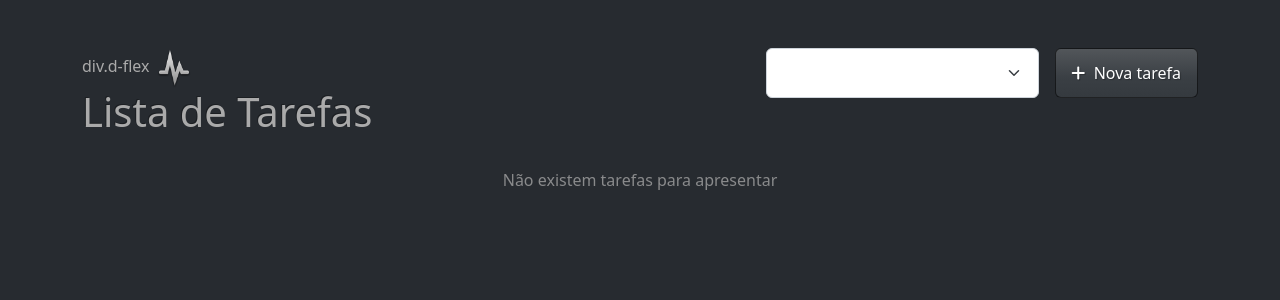
Repository: cargugati/lista_tarefas
Page: frontEnd/index.html
The author's editor kept a copy of each file at every save. The page is drawn from the files as they stood at one save, then again after a run of saves.
The browser window is 1280 px wide. The pictures show the whole page.

Above is the page before, as saved 2023-03-18 20:19:56.

### frontEnd/index.html
<!DOCTYPE html>
<html lang="pt-br">

<head>
  <meta charset="UTF-8">
  <meta http-equiv="X-UA-Compatible" content="IE=edge">
  <meta name="viewport" content="width=device-width, initial-scale=1.0">
  <title>Lista de Tarefas</title>
  <link rel="stylesheet" href="./assets/css/bootstrap.min.css">
  <link rel="stylesheet" href="./assets/fontawesome/css/all.min.css">
  <link rel="shortcut icon" href="./assets/images/favicon.png" type="image/png">
</head>

<body>
  <div class="container my-5">

    <!--  -->
    <div class="row mb-4">
      <div class="col">
        div.d-flex
        <img src="./assets/images/favicon.png" alt="Logo" class="img-fluid" width="40px">
        <h1>Lista de Tarefas</h1>
      </div>
      <div class="col text-end">
        <div class="d-flex justify-content-end">
          <select id="select_filter" class="form-select w-50 me-3">
            <option value=""></option>
            <option value="1">1</option>
          </select>
          <a href="new_task.html" class="btn btn-primary"><i class="fa-solid fa-plus me-2"></i>Nova tarefa</a>
        </div>
      </div>
    </div>

    <!--   d-none-->
    <div class="row " id="no_tasks">
      <div class="col text-center">
        <span class="opacity-75">Não existem tarefas para apresentar</span>
      </div>
    </div>
  </div>


  <script src="./assets/js/bootstrap.bundle.min.js"></script>
</body>

</html>

Loaded but not shown: frontEnd/assets/css/bootstrap.min.css (library); frontEnd/assets/fontawesome/css/all.min.css (library); frontEnd/assets/js/bootstrap.bundle.min.js (library)

After the next 3 saves:
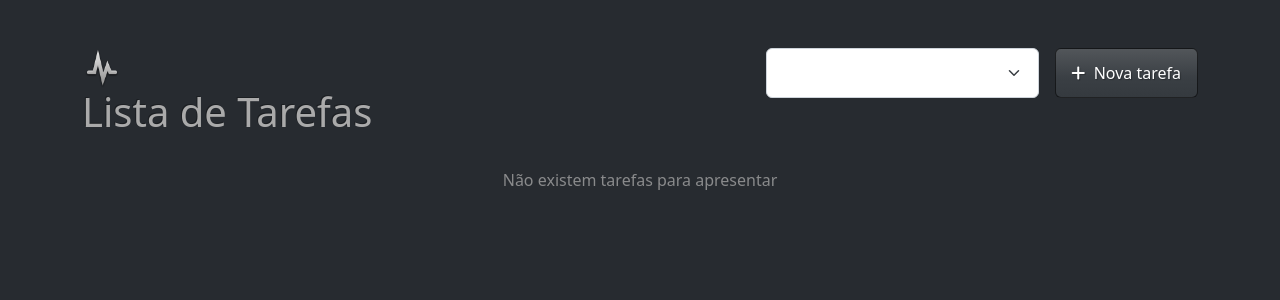
The 3 saves are shown as one change because they came seconds apart.
The last was saved 19 s later.
--- a/frontEnd/index.html
+++ b/frontEnd/index.html
@@ -17,7 +17,10 @@
     <!--  -->
     <div class="row mb-4">
       <div class="col">
-        div.d-flex
+        <div class="d-flex">
+
+        </div>
+
         <img src="./assets/images/favicon.png" alt="Logo" class="img-fluid" width="40px">
         <h1>Lista de Tarefas</h1>
       </div>
